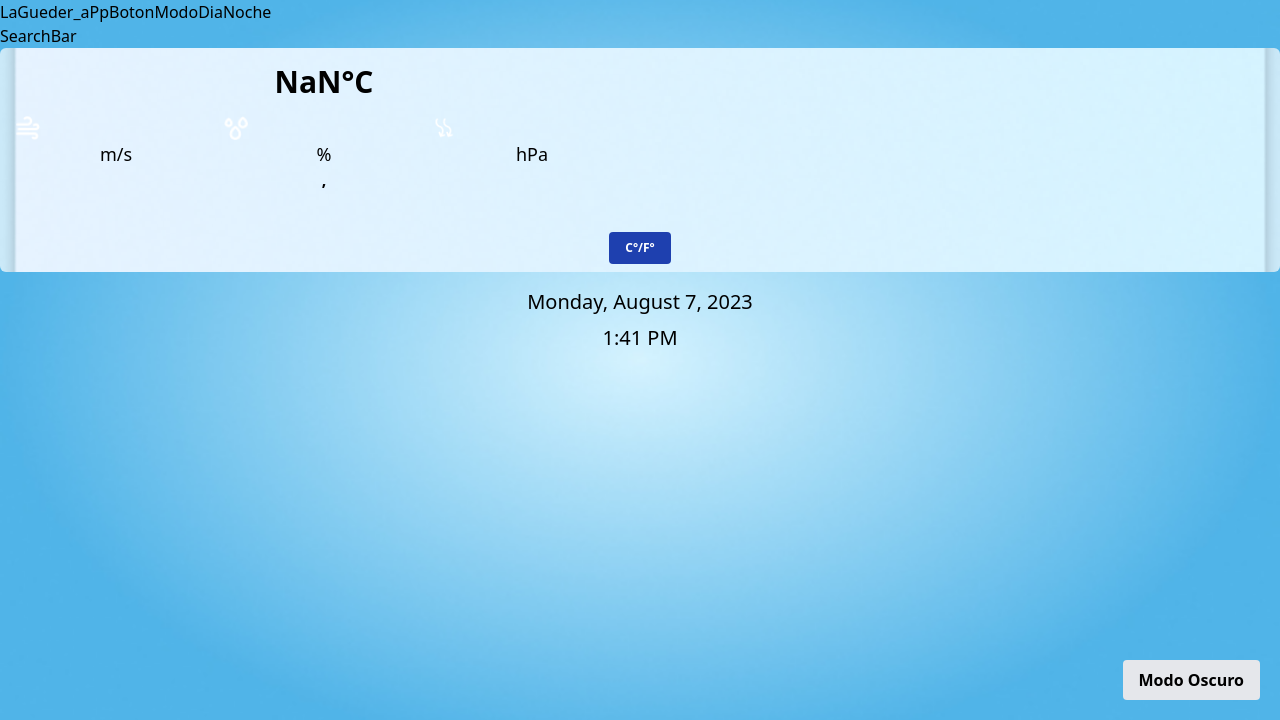
Repository: LukasMoyano/WeatherApp-_-LukasMoyano-_-V-_4.0_6.6.6
Page: /
These files come from the project's save history. The page is drawn as it stood at one moment and after the next save; the edit follows.
The browser window is 1280 px wide. The pictures show the whole page.
The page's requests for data from a server got no answer. The project was rebuilt for these pictures with package versions that can differ from the ones it lists, and the page was loaded fresh each time. No one was signed in, and anything a server would have sent is missing. Also part of the build but not shown: vite.config.js.

Above is the page before, as saved 2023-08-07 17:09:12.

### index.html
<!DOCTYPE html>
<html lang="en">
  <head>
    <meta charset="UTF-8" />
    <link rel="icon" type="image/png" href="thor-hammer.png">
    <meta name="viewport" content="width=device-width, initial-scale=1.0" />
    <title>WeatherApp - LukasMoyano-</title>
  </head>
  <body>
    <div id="root"></div>
    <script type="module" src="/src/main.jsx"></script>
  </body>
</html>

### src/main.jsx
import React from 'react'
import ReactDOM from 'react-dom/client'
import App from "/src/App.jsx";

ReactDOM.createRoot(document.getElementById('root')).render(
  <React.StrictMode>
    <App />
  </React.StrictMode>,
)

### src/App.jsx
import React, { useEffect, useState } from "react";
import axios from "axios";
import Weather from "./components/Weather"; // Importa el componente Weather
import "./App.css";
import SearchBar from "./components/SearchBar";
import LaGueder_aPpBotonModoDiaNoche from "./components/LaGueder_aPp-BotonModoDiaNoche";

function App() {
  // Estado para almacenar la información del clima
  const [weatherInfo, setWeatherInfo] = useState(null);

  // Estado para el modo oscuro
  const [isDarkMode, setIsDarkMode] = useState(false);

  // Determina la imagen de fondo según el modo
  const backgroundImage = isDarkMode ? "image002_DarkVersion.jpg" : "image001_LightVersion.jpg";

  // Efecto que obtiene la ubicación del usuario al cargar la página
  // Llama a la función success con la posición
  useEffect(() => {
    navigator.geolocation.getCurrentPosition(success);
  }, []);

  // Función que se ejecuta al obtener la posición exitosamente
  const success = (pos) => {

    const lat = pos.coords.latitude;
    const lon = pos.coords.longitude;

    const API_KEY = "f61630c5193995d939b6b8024057b009";

    const url = `https://api.openweathermap.org/data/2.5/weather?lat=${lat}&lon=${lon}&appid=${API_KEY}`;

    // const url = 'https://api.openweathermap.org/data/2.5/weather?id=524901&lang=es&appid={API key}'

    // Realiza una solicitud GET a la API de OpenWeatherMap para obtener información sobre el clima
    axios
      .get(url)
      .then(({ data }) => setWeatherInfo(data))
      .catch((err) => console.log(err));
  };

  // Función para alternar el modo oscuro
  const toggleDarkMode = () => {
    setIsDarkMode(!isDarkMode);
  };

  return (
    // Contenedor principal que ajusta la altura mínima de la pantalla y cambia el tema según el modo oscuro
    <div className={`min-h-screen ${isDarkMode ? "dark" : ""}`}>
      {/* Área principal que contiene el contenido y se ajusta según el modo oscuro */}
      <main
        className={`min-h-screen font-lato relative ${
          isDarkMode ? "bg-black bg-opacity-50 text-white" : "bg-white bg-opacity-70 text-black"
        }`}
        style={{
          // Fondo de la página que cambia según el modo oscuro
          backgroundImage: `url(public/background/${backgroundImage})`,
          backgroundSize: "cover",
          backgroundPosition: "center",
        }}
      >
        <LaGueder_aPpBotonModoDiaNoche />
                <SearchBar />

        {/* Renderiza el componente Weather con los datos del clima y el estado de modo oscuro */}
        <Weather weatherInfo={weatherInfo} isDarkMode={isDarkMode} />

        {/* Botón para alternar entre modo oscuro y modo claro */}
        <button
          onClick={toggleDarkMode}
          className={`absolute bottom-5 right-5 px-4 py-2 font-bold rounded ${
            isDarkMode ? "bg-gray-800 text-white" : "bg-gray-200 text-black"
          }`}
        >
          {/* Texto dinámico del botón según el modo actual */}
          {isDarkMode ? "Modo Claro" : "Modo Oscuro"}
        </button>

      </main>
    </div>
  );

}

export default App; // Exporta el componente App

### src/components/Weather.jsx
import React, { useState } from "react";

const Weather = ({ weatherInfo, isDarkMode }) => {
  const [isCelsius, setIsCelsius] = useState(true);

  const toggleTemperatureUnit = () => {
    setIsCelsius(!isCelsius);
  };

  const convertTemperature = (temperature) => {
    if (isCelsius) {
      return Math.round(temperature - 273.15) + "°C";
    } else {
      return Math.round(((temperature - 273.15) * 9) / 5 + 32) + "°F";
    }
  };

  const getCurrentDateTime = () => {
    const currentDate = new Date();
    const options = {
      weekday: "long",
      day: "numeric",
      month: "long",
      year: "numeric",
    };
    const date = currentDate.toLocaleDateString(undefined, options);
    const time = currentDate.toLocaleTimeString(undefined, {
      hour: "numeric",
      minute: "numeric",
    });
    return { date, time };
  };

  const { date, time } = getCurrentDateTime();

  return (
    <main>
      <section
        className={`${
          isDarkMode
            ? "bg-black bg-opacity-50 text-white"
            : "bg-white bg-opacity-70 text-black"
        } p-2 rounded-md bg-cover bg-center`}
        style={{
          backgroundImage: `url(${
            isDarkMode
              ? "public/background/card_image002_Dark version.png"
              : "public/background/card_image001_LightVersion.png"
          })`,
        }}
      >
        <section className="flex">
          {/* Columna Izquierda */}
          <div className="w-1/2 p-2 text-center">
            {/* Temperatura Actual */}
            <div
              className={`text-3xl font-bold font-lato ${
                isDarkMode ? "text-white" : "text-black"
              }`}
            >
              {convertTemperature(weatherInfo?.main.temp)}
            </div>
            {/* Detalles del Clima */}
            <div className="grid grid-cols-3 gap-2 mt-4">
              <div className="text-lg">
                <img
                  src="./images/wind.png"
                  alt="Wind Icon"
                  className="w-6 h-6"
                />
                {weatherInfo?.wind.speed} m/s
              </div>
              <div className="text-lg">
                <img
                  src="./images/humidity.png"
                  alt="Humidity Icon"
                  className="w-6 h-6"
                />
                {weatherInfo?.main.humidity}%
              </div>
              <div className="text-lg">
                <img
                  src="./images/pressure.png"
                  alt="Pressure Icon"
                  className="w-6 h-6"
                />
                {weatherInfo?.main.pressure} hPa
              </div>
            </div>
            {/* Nombre de la Ciudad */}
            {/* País */}
            <h2 className="text-1xl font-bold mb-4">
              {weatherInfo?.name}, {weatherInfo?.sys?.country}
            </h2>
          </div>

          {/* Columna Derecha */}
          <div className="w-1/2 p-2 text-center">
            {/* Icono del Clima */}
            {weatherInfo?.weather[0].icon && (
              <img
                src={`https://openweathermap.org/img/wn/${weatherInfo?.weather[0].icon}@4x.png`}
                alt="Weather Icon"
                className="mx-auto h-24"
              />
            )}
            <h3 className="text-base mt-4 mb-2">
              {weatherInfo?.weather[0].description}
            </h3>
          </div>
        </section>

        {/* Botón para Alternar entre Celsius y Fahrenheit */}
        <section className="flex items-center justify-center mt-4">
          <button
            onClick={toggleTemperatureUnit}
            className={`bg-blue-800 hover:bg-blue-700 text-white font-bold py-2 px-4 rounded mx-auto block text-xs ${
              isDarkMode ? "bg-opacity-70" : "bg-opacity-100"
            }`}
          >
            C°/F°
          </button>
        </section>
      </section>
      {/* Mostrar la Fecha y Hora */}
      <section className="text-center mt-4">
        <p
          className={`text-xl mb-2 ${isDarkMode ? "text-white" : "text-black"}`}
        >
          {date}
        </p>
        <p className={`text-xl ${isDarkMode ? "text-white" : "text-black"}`}>
          {time}
        </p>
      </section>
    </main>
  );
};

export default Weather;

### src/App.css
@import 'tailwindcss/base';
@import 'tailwindcss/components';
@import 'tailwindcss/utilities';

### src/components/SearchBar.jsx
import React from 'react'

const SearchBar = () => {


  return (
    <main>SearchBar

    </main>
  )
}

export default SearchBar

### src/components/LaGueder_aPp-BotonModoDiaNoche.jsx
import React from 'react'

const LaGueder_aPpBotonModoDiaNoche = () => {
  return (
    <main>

    <div>LaGueder_aPpBotonModoDiaNoche</div>

    </main>
  )
}

export default LaGueder_aPpBotonModoDiaNoche

### tailwind.config.js
/** @type {import('tailwindcss').Config} */
export default {
  content: [
    "./index.html",
    "./src/**/*.{js,ts,jsx,tsx}",
  ],
  theme: {
    extend: {},
    fontFamily: {
      Lato: ["Lato", "Sans-Serif"]
    }
  },
  plugins: [],

}

After the next save:
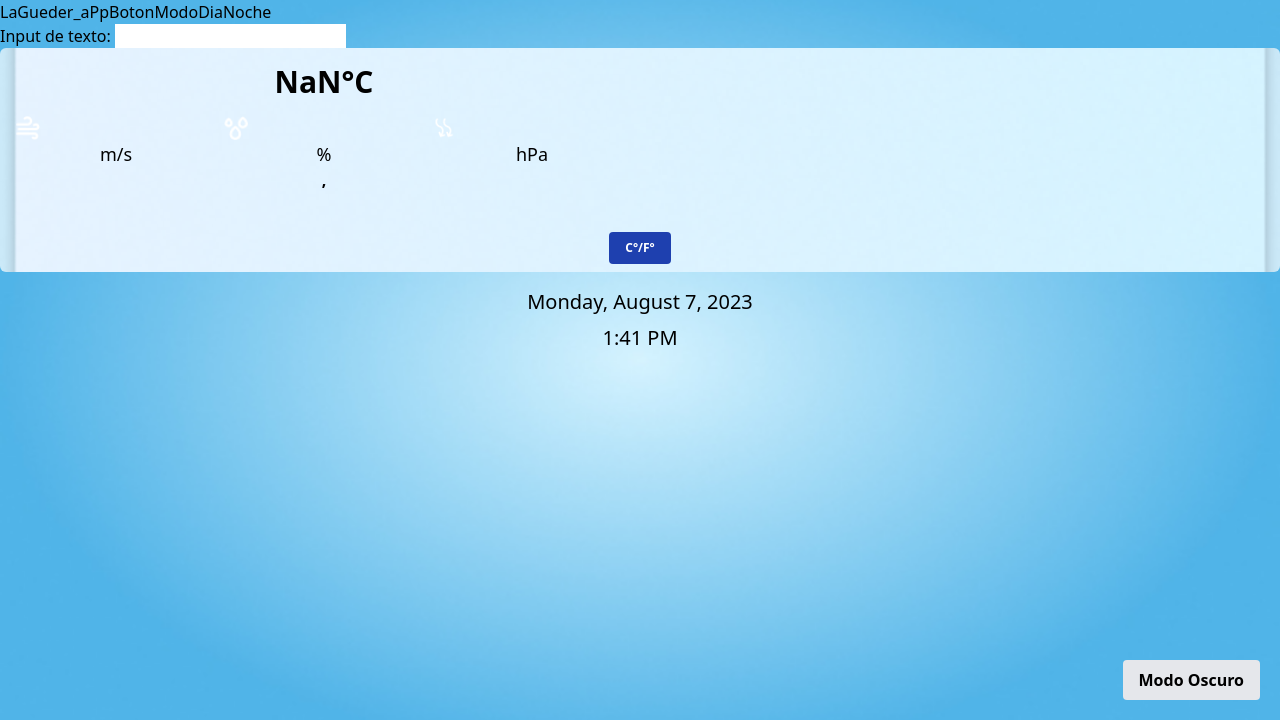
Saved 20 min 23 s later.
--- a/src/components/SearchBar.jsx
+++ b/src/components/SearchBar.jsx
@@ -4,7 +4,9 @@ const SearchBar = () => {
 
 
   return (
-    <main>SearchBar
+    <main>      <label>
+    Input de texto: <input name="myInput" />
+  </label>
 
     </main>
   )
